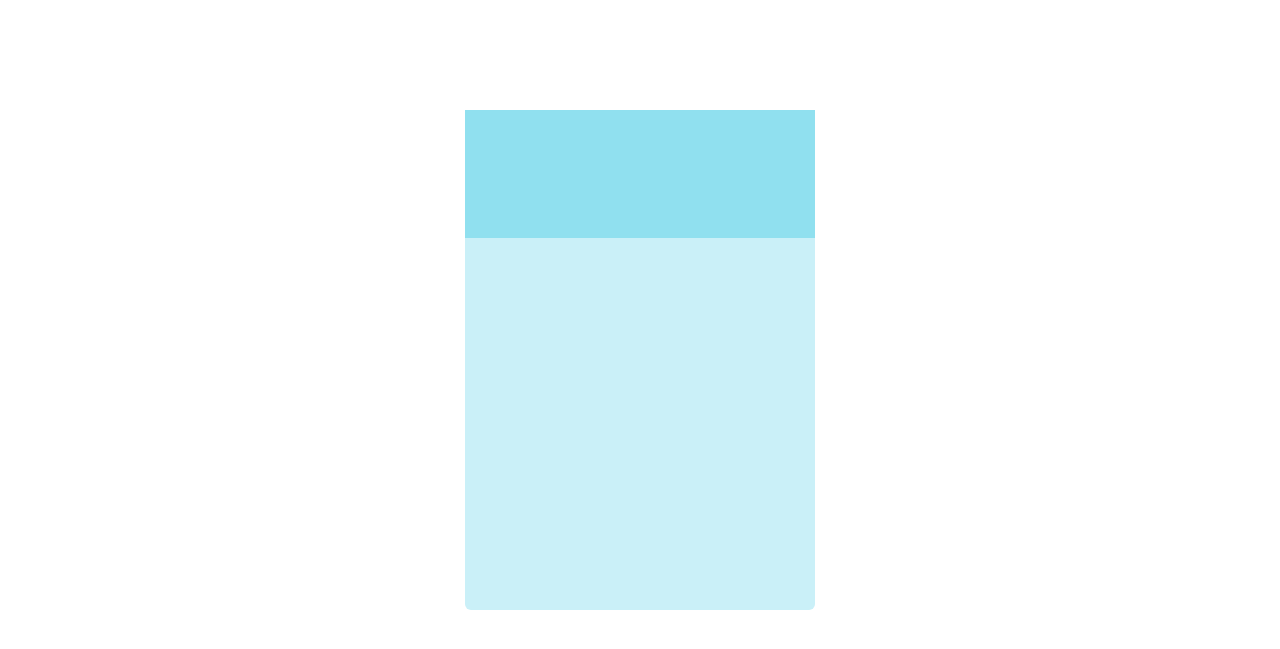
Repository: hsumyatm7308/Chatbot
Page: index.html
An editor plug-in stored every save of this project. The page is shown before and after the next save, followed by the edit.
The browser window is 1280 px wide. The pictures show the whole page.
Some web libraries are served in a nearby version.

Above is the page before, as saved 2023-07-08 17:05:53.

After the next save:
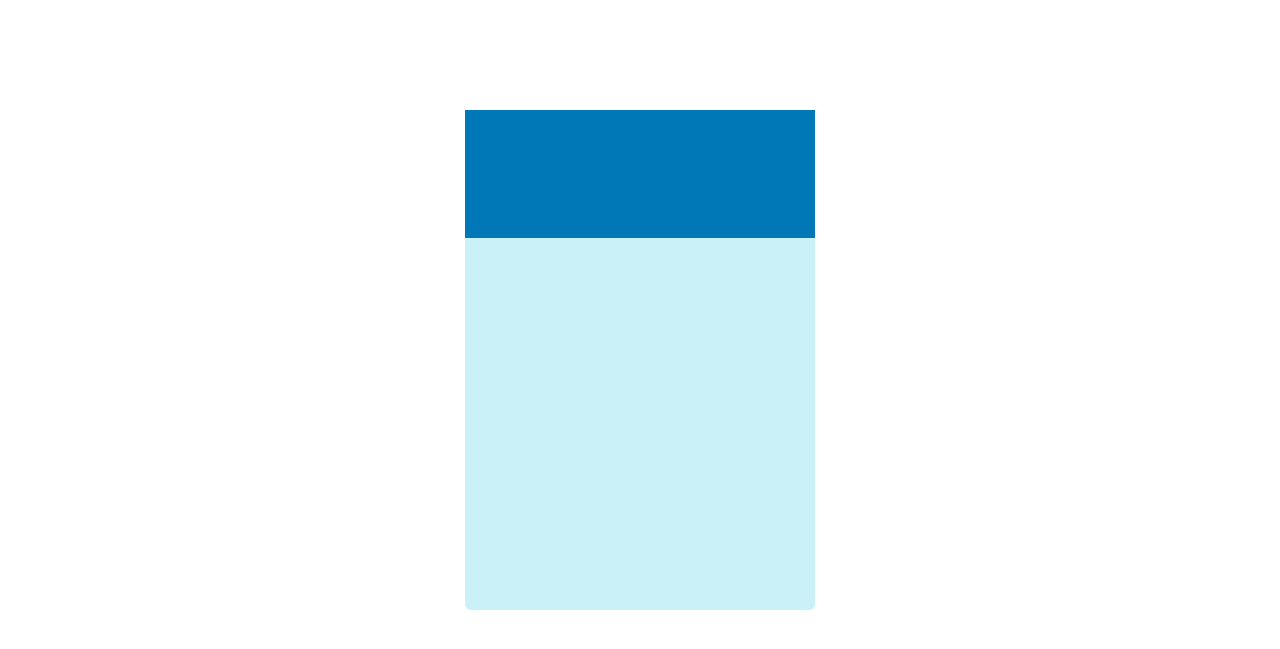
Saved 15 s later.
--- a/index.html
+++ b/index.html
@@ -8,7 +8,7 @@
 
         <div class="w-screen h-screen flex justify-center items-center container">
              <div class="w-[350px] h-[500px] bg-[#caf0f8] rounded-md chatbot-container">
-                  <div class="w-full h-32 bg-[#90e0ef]"></div>
+                  <div class="w-full h-32 bg-[#0077b6]"></div>
              </div>
         </div>
 
